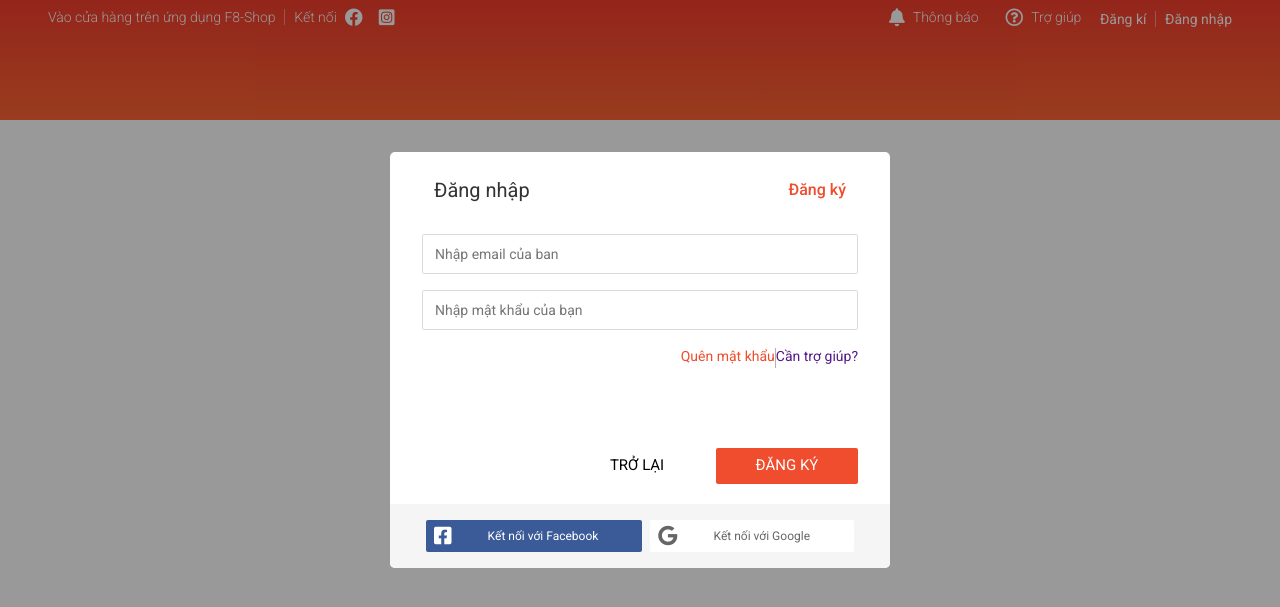
Repository: Phunobita/F8-shop
Page: index.html
The author's editor kept a copy of each file at every save. The page is drawn from the files as they stood at one save, then again after the next save.
The browser window is 1280 px wide. The pictures show the whole page.

Above is the page before, as saved 2021-11-24 20:45:59.

### index.html
<!DOCTYPE html>
<html lang="en">

<head>
    <meta charset="UTF-8">
    <meta http-equiv="X-UA-Compatible" content="IE=edge">
    <meta name="viewport" content="width=device-width, initial-scale=1.0">
    <link rel="stylesheet" href="https://cdnjs.cloudflare.com/ajax/libs/normalize/8.0.1/normalize.min.css">
    <link rel="stylesheet" href="./assets/css/main.css">
    <link rel="stylesheet" href="./assets/css/base.css">
    <link rel="stylesheet" href="./assets/fonts/fontawesome-free-5.15.4/css/all.min.css">
    <link href="https://fonts.googleapis.com/css2?family=Roboto:wght@300;400;500;700&display=swap" rel="stylesheet">
    <title>F8_Shop</title>
</head>

<body>
    <div class="app">
        <header class="header">
            <div class="grid">
                <nav class="header_navbar">
                    <ul class="header_navbar-list">
                        <li class="header_navbar-item header_navbar-item--has-qr header_navbar-item-separate">
                            Vào cửa hàng trên ứng dụng
                            F8-Shop

                            <!--Header QR-->
                            <div class="header_qr">
                                <img src="./assets/img/QR Code.png" alt="QR_Code" class="header_qr-img">
                                <div class="header_qr-apps">
                                    <a href="" class="header_qr-link">
                                        <img src="./assets/img/ggplay.png" alt="ggplay" class="header_qr-doawload-img">
                                    </a>
                                    <a href="" class="header_qr-link">
                                        <img src="./assets/img/appstore.png" alt="aapstore"
                                            class="header_qr-doawload-img">
                                    </a>
                                </div>
                            </div>
                        </li>
                        <li class="header_navbar-item">
                            <span class="header_navbar-item-title--no-pointer">Kết
                                nối</span>
                            <a href="" class="header_navbar-icon-link">
                                <i class="header_navbar_icon fab fa-facebook"></i>
                                <a href="" class="header_navbar-icon-link">
                                    <i class="header_navbar_icon fab fa-instagram-square"></i>
                                </a>
                        </li>
                    </ul>

                    <ul class="header_navbar-list">
                        <li class="header_navbar-item header_navbar-item--has-notify">
                            <a href="" class="header_navbar-item-link">
                                <i class="header_navbar_icon fas fa-bell"></i>
                                Thông báo
                            </a>

                            <!--Header Notify-->
                            <div class="header_notify">
                                <header class="header_notify-header">
                                    <h3>Thông báo mới nhận
                                    </h3>
                                </header>
                                <ul class="header_notify-list">
                                    <li class="header_notify-item header_notify-item--viewed">
                                        <a href="" class="header_notify-link">
                                            <img src="https://img.abaha.vn/photos/origin/83-1586781803-myphamohui-lgvina.png"
                                                alt="" class="header_notify-img">
                                            <div class="header_notify-info">
                                                <span class="header_notify-name">Set
                                                    kem mắt
                                                    tái sinh
                                                    Ohui The
                                                    First
                                                    Geniture
                                                    Eye
                                                    Cream
                                                    Edition
                                                    Grand
                                                    Blue</span>
                                                <span class="header_notify-description">The
                                                    First
                                                    Geniture
                                                    Eye
                                                    Cream
                                                    Edition
                                                    Grand
                                                    Blue –
                                                    Biểu
                                                    tượng
                                                    của tình
                                                    yêu vĩnh
                                                    cửu</span>
                                            </div>
                                        </a>
                                    </li>
                                    <li class="header_notify-item ">
                                        <a href="" class="header_notify-link">
                                            <img src="https://img.abaha.vn/photos/origin/83-1586781803-myphamohui-lgvina.png"
                                                alt="" class="header_notify-img">
                                            <div class="header_notify-info">
                                                <span class="header_notify-name">Set
                                                    kem mắt
                                                    tái sinh
                                                    Ohui The
                                                    First
                                                    Geniture
                                                    Eye
                                                    Cream
                                                    Edition
                                                    Grand
                                                    Blue</span>
                                                <span class="header_notify-description">The
                                                    First
                                                    Geniture
                                                    Eye
                                                    Cream
                                                    Edition
                                                    Grand
                                                    Blue –
                                                    Biểu
                                                    tượng
                                                    của tình
                                                    yêu vĩnh
                                                    cửu</span>
                                            </div>
                                        </a>
                                    </li>
                                    <li class="header_notify-item header_notify-item--viewed">
                                        <a href="" class="header_notify-link">
                                            <img src="https://img.abaha.vn/photos/origin/83-1586781803-myphamohui-lgvina.png"
                                                alt="" class="header_notify-img">
                                            <div class="header_notify-info">
                                                <span class="header_notify-name">Set
                                                    kem mắt
                                                    tái sinh
                                                    Ohui The
                                                    First
                                                    Geniture
                                                    Eye
                                                    Cream
                                                    Edition
                                                    Grand
                                                    Blue</span>
                                                <span class="header_notify-description">The
                                                    First
                                                    Geniture
                                                    Eye
                                                    Cream
                                                    Edition
                                                    Grand
                                                    Blue –
                                                    Biểu
                                                    tượng
                                                    của tình
                                                    yêu vĩnh
                                                    cửu</span>
                                            </div>
                                        </a>
                                    </li>
                                </ul>
                                <footer class="header_notify-footer">
                                    <a href="" class="header_notify-footer-btn">Xem
                                        tất cả</a>
                                </footer>
                            </div>
                        </li>
                        <li class="header_navbar-item">
                            <a href="" class="header_navbar-item-link">
                                <i class="header_navbar_icon far fa-question-circle"></i>
                                Trợ giúp</a>
                        </li>
                        <li class="header_navbar-item header_navbar-item--strong header_navbar-item-separate">
                            Đăng kí</li>
                        <li class="header_navbar-item header_navbar-item--strong">
                            Đăng nhập</li>
                    </ul>
                </nav>
            </div>

        </header>

        <!--Container-->
        <div class="container">

        </div>

        <!--Footer-->
        <footer class="footer">

        </footer>
    </div>

    <!--Login and resgister-->
    <div class="modal">
        <div class="modal__overlay"></div>
        <div class="modal__body">
            <!--Resgister form-->
            <!-- <div class="auth-form">
                <div class="auth-form__container">
                    <div class="auth-form__header">
                        <h3 class="auth-form__heading">Đăng ký</h3>
                        <span class="auth-form__switch-btn">Đăng nhập</span>
                    </div>
                    <div class="auth-form__form">
                        <div class="auth-form__group">
                            <input type="text" class="auth-form__input" placeholder="Nhập email của ban">
                        </div>

                        <div class="auth-form__group">
                            <input type="password" class="auth-form__input" placeholder="Nhập mật khẩu của bạn">
                        </div>
                        <div class="auth-form__group">
                            <input type="text" class="auth-form__input" placeholder="Nhập lại mật khẩu của ban">
                        </div>
                    </div>

                    <div class="auth-form__aside">
                        <p class="auth-form__policy-text">
                            Bằng việc đăng kí, bạn đã đồng ý với Shopee về
                            <a href="" class="auth-form__text-link">Điểu khoản và dịch vụ</a> &
                            <a href="" class="auth-form__text-link">Chính sách và bảo mật</a>
                        </p>
                    </div>

                    <div class="auth-form__controls">
                        <button class="btn btn-normal auth-form__controls-back">TRỞ LẠI</button>
                        <button class="btn btn--primary">ĐĂNG KÝ</button>
                    </div>
                </div>

                <div class="auth-form__socials">
                    <a href="" class="auth-form__socials--facebook btn btn-size-s btn--with-icon">
                        <i class="auth-form__socials-icon fab fa-facebook-square"></i>
                        <div class="auth-form__socials-title">
                            Kết nối với Facebook
                        </div>
                    </a>
                    <a href="" class="auth-form__socials--google btn btn-size-s btn--with-icon">
                        <i class="auth-form__socials-icon fab fa-google"></i>
                        <div class="auth-form__socials-title">
                            Kết nối với Google
                        </div>
                    </a>
                </div>

            </div>-->


            <!--Login form-->
            <div class="auth-form">
                <div class="auth-form__container">
                    <div class="auth-form__header">
                        <h3 class="auth-form__heading">Đăng nhập</h3>
                        <span class="auth-form__switch-btn">Đăng ký</span>
                    </div>

                    <div class="auth-form__form">
                        <div class="auth-form__group">
                            <input type="text" class="auth-form__input" placeholder="Nhập email của ban">
                        </div>

                        <div class="auth-form__group">
                            <input type="password" class="auth-form__input" placeholder="Nhập mật khẩu của bạn">
                        </div>
                    </div>

                    <div class="auth-form__aside">
                        <div class="auth-form__help">
                            <a href="" class="auth-form__help-link auth-form__help-forgot">Quên mật khẩu</a>
                            <div class="auth-form__help-sperate"></div>
                            <a href="" class="auth-form__help-link">Cần trợ giúp?</a>
                        </div>
                    </div>

                    <div class="auth-form__controls">
                        <button class="btn btn-normal auth-form__controls-back">TRỞ LẠI</button>
                        <button class="btn btn--primary">ĐĂNG KÝ</button>
                    </div>
                </div>

                <div class="auth-form__socials">
                    <a href="" class="auth-form__socials--facebook btn btn-size-s btn--with-icon">
                        <i class="auth-form__socials-icon fab fa-facebook-square"></i>
                        <div class="auth-form__socials-title">
                            Kết nối với Facebook
                        </div>
                    </a>
                    <a href="" class="auth-form__socials--google btn btn-size-s btn--with-icon">
                        <i class="auth-form__socials-icon fab fa-google"></i>
                        <div class="auth-form__socials-title">
                            Kết nối với Google
                        </div>
                    </a>
                </div>

            </div>

        </div>
    </div>
</body>
</htm

### assets/css/main.css
.header {
  height: 120px;
  background-image: linear-gradient(0, #fe6433, #f53e2d);
}
.header_navbar {
  display: flex;
  justify-content: space-between;
}
.header_navbar-list {
  list-style: none;
  padding-left: 0;
  margin-top: 4px;
}

.header_navbar-item {
  margin: 0 8px;
  position: relative;
  min-height: 26px;
}
.header_navbar-item--has-qr:hover .header_qr {
  display: block;
}
.header_navbar-item--has-notify:hover .header_notify {
  display: block;
}
.header_navbar-item,
.header_navbar-item-link {
  display: inline-block;
  font-size: 1.4rem;
  text-decoration: none;
  color: var(--white-color);
  font-weight: 300;
}

.header_navbar-item,
.header_navbar-item-link,
.header_navbar-icon-link {
  display: inline-flex;
  align-items: center;
}
.header_navbar-item:hover,
.header_navbar-item-link:hover,
.header_navbar-icon-link:hover {
  cursor: pointer;
  color: rgba(255, 255, 255, 0.7);
}
.header_navbar-item--strong {
  font-weight: 400;
}
.header_navbar-item-separate::after {
  content: "";
  display: block;
  position: absolute;
  height: 16px;
  border-left: 1px solid #fd9086;
  right: -9px;
  top: 0;
  top: 50%;
  transform: translateY(-50%);
}

.header_navbar-icon-link {
  color: var(--white-color);
  text-decoration: none;
}

.header_navbar_icon {
  font-size: 1.8rem;
  margin: 0 8px;
}
.header_navbar-item-title--no-pointer {
  cursor: text;
  color: var(--white-color);
}

/*Header QR*/
.header_qr {
  background-color: var(--white-color);
  width: 186px;
  position: absolute;
  left: 0;
  top: 118%;
  padding: 8px;
  border-radius: 2px;
  display: none;
  animation: fadeIn ease-in 0.3s;
}
.header_qr::before {
  content: "";
  position: absolute;
  left: 0;
  top: -16px;
  width: 100%;
  height: 20px;
  display: block;
}
.header_qr-img {
  width: 100%;
}
.header_qr-apps {
  display: flex;
  justify-content: space-between;
}
.header_qr-link:nth-child(1) {
  margin-left: 11px;
}
.header_qr-link:nth-child(2) {
  margin-right: 11px;
}
.header_qr-doawload-img {
  height: 16px;
}

/*Header Notify*/
.header_notify {
  position: absolute;
  top: 118%;
  right: 0;
  width: 404px;
  border: 1px solid #d3d3d3;
  background-color: var(--white-color);
  cursor: text;
  user-select: none;
  transform-origin: calc(100%-20px) top;
  will-change: opacity transform;
  animation: headerNotifyGrow ease-in 0.2s;
  border-radius: 2px;
  display: none;
}
.header_notify::before {
  content: "";
  border-width: 20px 26px;
  border-style: solid;
  border-color: transparent transparent var(--white-color) transparent;
  position: absolute;
  top: -29px;
  right: 4px;
}
.header_notify::after {
  content: "";
  position: absolute;
  display: block;
  width: 90px;
  height: 20px;
  right: 0;
  top: -10px;
}
@keyframes headerNotifyGrow {
  from {
    opacity: 0;
    transform: scale(0);
  }
  to {
    opacity: 1;
    transform: scale(1);
  }
}
.header_notify-header {
  height: 40px;
  background-color: var(--white-color);
}
.header_notify-header h3 {
  color: #999;
  margin: 0 0 0 12px;
  font-weight: 400;
  font-size: 1.4rem;
  line-height: 40px;
}
.header_notify-list {
  padding-left: 0;
}
.header_notify-item {
  display: flex;
}
.header_notify-item:hover {
  background-color: #f7f7f7;
}
.header_notify-item--viewed {
  background-color: rgba(239, 77, 45, 0.08);
}

.header_notify-link {
  display: flex;
  padding: 12px 12px;
  width: 100%;
  text-decoration: none;
}
.header_notify-img {
  width: 48px;
  object-fit: contain;
}
.header_notify-info {
  margin-left: 12px;
}
.header_notify-name {
  display: block;
  line-height: 1.8rem;
  font-size: 1.4rem;
  color: var(--back-color);
  font-weight: 400;
}
.header_notify-description {
  display: block;
  line-height: 1.4rem;
  font-size: 1.2rem;
  color: #756f6e;
  margin-top: 4px;
}

.header_notify-footer {
  display: flex;
}
.header_notify-footer-btn {
  text-decoration: none;
  padding: 8px 48px;
  color: var(--text-color);
  margin: auto;
  font-size: 1.4rem;
  font-weight: 400;
}

/* Form login */
.auth-form {
  width: 500px;
  border-radius: 5px;
  overflow: hidden;
  background-color: var(--white-color);
}

.auth-form__container {
  padding: 0 32px;
}
.auth-form__header {
  display: flex;
  align-items: center;
  justify-content: space-between;
  padding: 0 12px;
  margin-top: 10px;
}
.auth-form__heading {
  font-size: 2rem;
  font-weight: 400;
  color: var(--text-color);
}
.auth-form__switch-btn {
  font-size: 1.6rem;
  color: var(--primary-color);
  font-weight: 500;
  cursor: pointer;
}
.auth-form__form {
}
.auth-form__input {
  height: 40px;
  width: 100%;
  margin-top: 16px;
  padding: 0 12px;
  font-size: 1.4rem;
  border: 1px solid var(--border-color);
  border-radius: 2px;
  outline: none;
}
.auth-form__input:focus {
  border-color: #888;
}
.auth-form__aside {
  margin-top: 18px;
}
.auth-form__policy-text {
  font-size: 1.2rem;
  line-height: 1.8rem;
  text-align: center;
}
.auth-form__text-link {
  color: var(--primary-color);
  text-decoration: none;
}
.auth-form__controls {
  margin-top: 80px;
  display: flex;
  justify-content: flex-end;
}
.auth-form__controls-back {
  margin-right: 8px;
  background-color: var(--white-color);
}
.auth-form__socials {
  background-color: #f5f5f5;
  padding: 16px 36px;
  display: flex;
  justify-content: space-between;
  margin-top: 20px;
}
.auth-form__socials-icon {
  font-size: 2rem;
}
.auth-form__socials--facebook {
  color: var(--white-color);
  background-color: #3a5a98;
}
.auth-form__socials--facebook.auth-form__socials-icon {
  color: var(--white-color);
}
.auth-form__socials-title {
  margin: 0 36px;
}
.auth-form__socials--google {
  color: #666;
  background-color: var(--white-color);
}
.auth-form__help {
  display: flex;
  justify-content: flex-end;
}
.auth-form__help-link {
  font-size: 1.4rem;
  text-decoration: none;
}
.auth-form__help-forgot {
  color: var(--primary-color);
}
.auth-form__help-sperate {
  display: block;
  height: 20px;
  border-left: 1px solid rgb(181, 176, 176);
}

### assets/css/base.css
:root {
  --primary-color: #ef4d2d;
  --white-color: #fff;
  --back-color: #000;
  --text-color: #333;
  --border-color: #dbdbdb;
}
* {
  box-sizing: inherit;
}
html {
  /*Hack*/
  font-size: 62.5%;
  line-height: 1.6rem;
  font-family: "Roboto", sans-serif;
  box-sizing: border-box;
}
.grid {
  width: 1200px;
  max-width: 100%;
  margin: 0 auto;
}

.grid_full_width {
  width: 100%;
}

.grid_row {
  display: flex;
  flex-wrap: wrap;
}

/*Animation*/
@keyframes fadeIn {
  from {
    opacity: 0;
  }
  to {
    opacity: 1;
  }
}

/* Modal layout */
.modal {
  position: fixed;
  top: 0;
  right: 0;
  bottom: 0;
  left: 0;
  display: flex;
}
.modal__overlay {
  position: absolute;
  width: 100%;
  height: 100%;
  background-color: rgba(0, 0, 0, 0.4);
}
.modal__body {
  position: relative;
  margin: auto;
  z-index: 1;
}
.modal__inner {
}

.btn {
  min-width: 142px;
  height: 36px;
  text-decoration: none;
  border: none;
  border-radius: 2px;
  font-size: 1.5rem;
  padding: 0 12px;
  outline: none;
  cursor: pointer;
  display: flex;
  align-items: center;
  justify-content: center;
}
.btn.btn-normal:hover {
  background-color: rgba(0, 0, 0, 0.05);
}
.btn-size-s {
  height: 32px;
  font-size: 1.2rem;
  padding: 0 8px;
}
.btn.btn--primary {
  color: var(--white-color);
  background-color: var(--primary-color);
}
.btn.btn--disable {
  color: #949494;
  cursor: default;
  background-color: #999;
}

Loaded but not shown: assets/fonts/fontawesome-free-5.15.4/css/all.min.css (library)

After the next save:
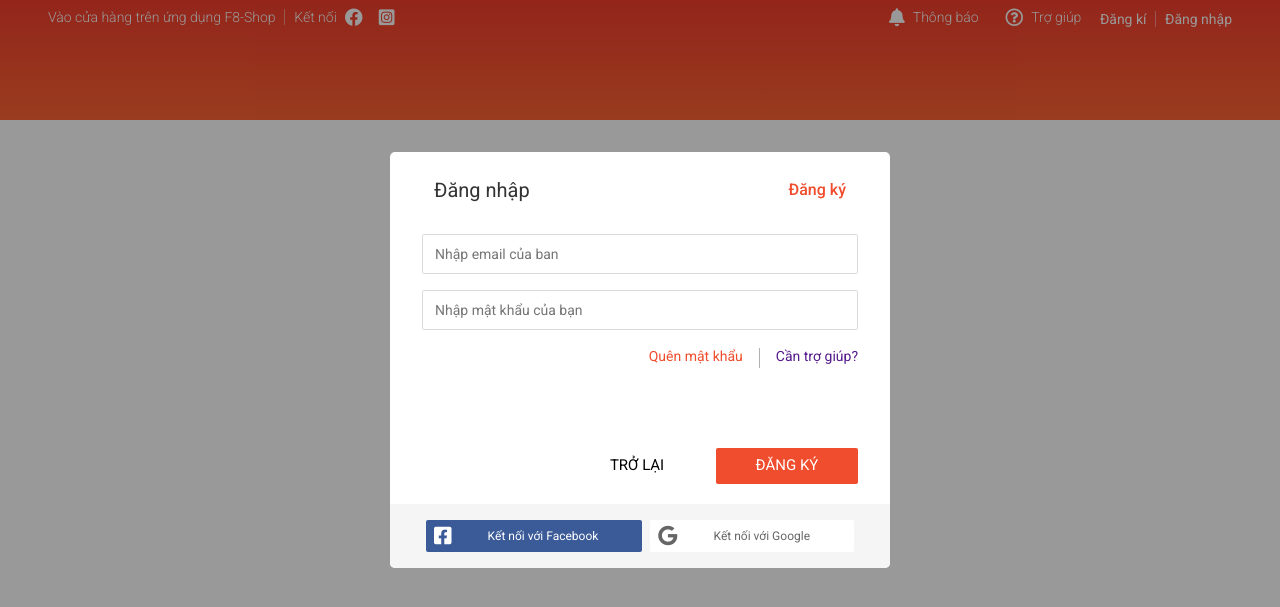
Saved 73 s later.
--- a/assets/css/main.css
+++ b/assets/css/main.css
@@ -323,4 +323,5 @@
   display: block;
   height: 20px;
   border-left: 1px solid rgb(181, 176, 176);
-}
+  margin: 0 16px;
+}
